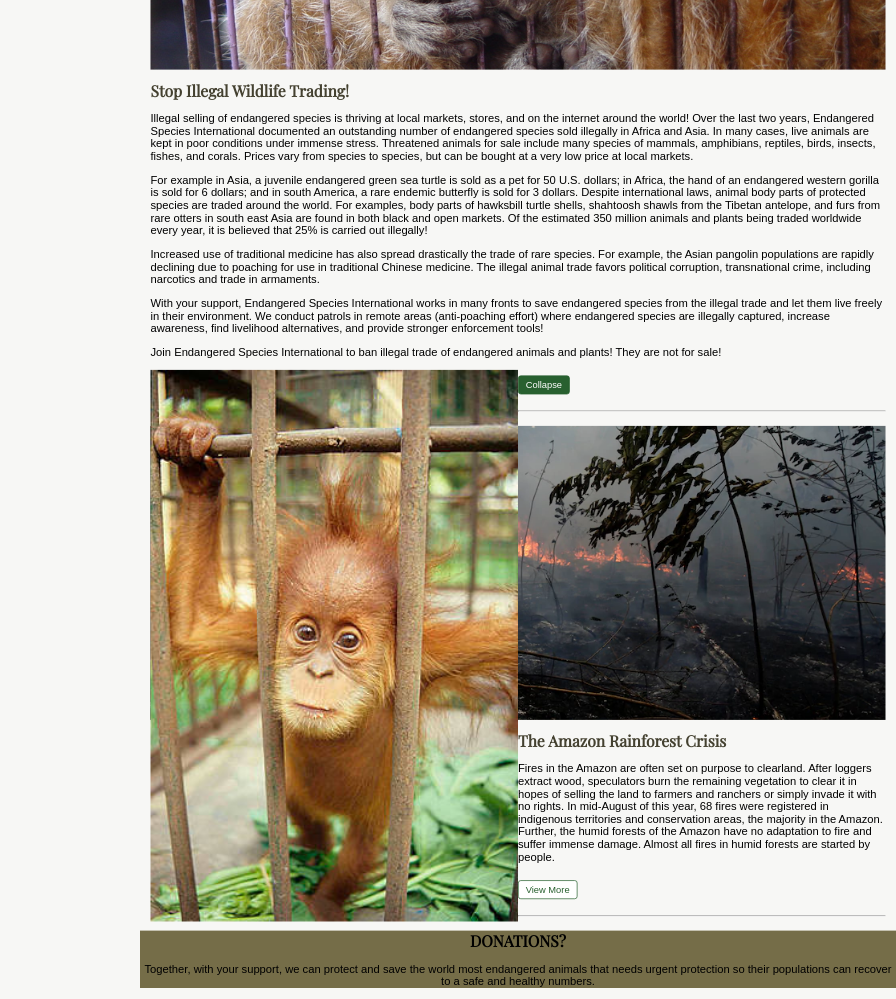
Repository: jlsorgel/smc_WD2_spring20
Page: final/blog.html
These files come from the project's save history. The page is drawn as it stood at one moment and after the next save; the edit follows.
The browser window is 1280 px wide. The pictures show the part of the page from y = 1009 to 2929 px (the page is 2436 px tall before and 3172 px after), at 70% of full size.
After loading, the first visible `#toggle2` was clicked once.
Some web fonts or font styles are not loaded; a fallback is used. Some web libraries are served in a nearby version.

Above is the page before, as saved 2020-06-15 01:03:36.

### final/blog.html
<!DOCTYPE html>
<html lang="en">

<head>
  <meta charset="UTF-8">
  <meta name="viewport" content="width=device-width, initial-scale=1.0">
  <title>Endangered Species International</title>

  <link href="https://fonts.googleapis.com/css2?family=Montserrat|Open+Sans|Playfair+Display|aleway display=swap"
    rel="stylesheet">



  <link rel="stylesheet" href="http://code.jquery.com/ui/1.12.1/themes/base/jquery-ui.css">


  </script>

  <link rel="stylesheet" href="main.css">


  <script src="https://ajax.googleapis.com/ajax/libs/jquery/3.5.1/jquery.min.js"></script>
  <script src="https://code.jquery.com/jquery-1.12.4.js"></script>
  <script src="https://code.jquery.com/ui/1.12.1/jquery-ui.js"></script>



</head>

<body>


  <header>
    <!-- NAV+ HEADER STARTS HERE!!!!! -->



    <div id="side_nav" class="side-nav">
      <a href="javascript:void(0)" class="closebtn" onclick="closeNav()">&times;</a>

      <img class="logo" src="images/logobrown.jpg" alt="ESI Logo">

      <a href="index.html">Home</a>
      <a href="blog.html">Blog</a>
      <a href="about.html">About Us</a>
      <a href="comingsoon.html">Get Involved</a>
      <a href="comingsoon.html">Our Projects</a>


      <a class="donate-link" href="donate.html">Donate</a>
    </div>


    <div class="nav-container">
      <img class="nav-logo" src="images/logobrowncrop.jpg" alt="Esi white logo">
      <span id="openNav"><img src="images/open-menuwhite.png" alt="menu"></span>



    </div>

  </header><!-- END NAV + HEADER END -->










  <!-- BODY CONTENT STARTS HEREE! -->


  <div id="main">

    <div class="blog-container">



      <!-- Blog Post 1 Platic in Ocean -->
      <div class="blogpost1">

        <div class="blog-heroimage1 blog-image"></div>

        <h1>An estimated 17.6 billion pounds of plastic leaks into the marine environment from land-based sources ever
          year. This is roughly equivalent to dumping a garbage truck full of plastic into the oceans every minute!
        </h1>


        <p class="">Our movement to combat plastic pollution is growing at an unprecedented rate, you can join
          us to make a
          difference and
          accelerate this vital momentum. If you would like to help make a change locally and globally to help remove
          our
          ocean of
          plastic pollution, now is the time.</p>




        <div class="toggle-content">
          <p class="">
            All plastic is having harmful impacts on marine and non-marine life. A recent report from the Convention on
            Biological Diversity found that between 2012 and 2016, the number of species documented to have been
            affected
            by marine debris, of which plastic is the predominant source, has risen to 817. The primary impacts are from
            ingestion,entanglement, and habitat damage or destruction. Seas hold as many as 51trn microplastic
            particles.
            Some are the product of larger pieces
            breaking apart; others, like microbeads added to toothpaste or face scrubs, were designed to be tiny. The
            cumulative amount of solid plastic waste produced since the 1950s that has not been burned or recycled is
            around 4.9bn tonnes. It could all have been dumped in a landfill 70 meters deep and 57 square kilometres in
            area—that is to say, the size of Manhattan.
          </p>

          <p>Endangered Species International (ESI) has been tackling plastic pollution head on for over a decade. For
            last three years alone, we have removed an average of 500 pounds of plastics per day from the ocean, raised
            awareness about the danger of plastic pollution to over 20,000 coastal communities, and supported aggressive
            ban of single-use plastics and
            implementation of recycling of plastics.</p>



          <div class="blog-toggleimage1 blog-image"></div>

        </div>
        <button id="toggle1" class="btn"> View More</button>
        <hr>
      </div>







      <!-- BLOG POST 2! Stop Illegal Wildlife Trading-->

      <!-- <img class="blog-heroimage2 blog-image" src="images/illegaltrade.jpg" alt="Illegal Anmial Trading"> -->
      <div class="blog-heroimage2 blog-image"></div>

      <h1>Stop Illegal Wildlife Trading! </h1>

      <p class="">Illegal selling of endangered species is thriving at local markets, stores, and on the internet around
        the
        world! Over
        the last two years, Endangered Species International documented an outstanding number of endangered species
        sold
        illegally in Africa and Asia. In many cases, live animals are kept in poor conditions under immense stress.
        Threatened
        animals for sale include many species of mammals, amphibians, reptiles, birds, insects, fishes, and corals.
        Prices vary
        from species to species, but can be bought at a very low price at local markets.
      </p>




      <div class="toggle-content2">

        <div class="toggletext">

          <p>For example in Asia, a juvenile endangered green sea turtle is sold as a pet for 50 U.S. dollars; in
            Africa,
            the hand of
            an endangered western gorilla is sold for 6 dollars; and in south America, a rare endemic butterfly is sold
            for 3
            dollars. Despite international laws, animal body parts of protected species are traded around the world. For
            examples,
            body parts of hawksbill turtle shells, shahtoosh shawls from the Tibetan antelope, and furs from rare otters
            in south
            east Asia are found in both black and open markets. Of the estimated 350 million animals and plants being
            traded
            worldwide every year, it is believed that 25% is carried out illegally!
          </p>

          <p>
            Increased use of traditional medicine has also spread drastically the trade of rare species. For example,
            the
            Asian
            pangolin populations are rapidly declining due to poaching for use in traditional Chinese medicine. The
            illegal animal
            trade favors political corruption, transnational crime, including narcotics and trade in armaments.</p>
          <p>
            With your support, Endangered Species International works in many fronts to save endangered species from the
            illegal
            trade and let them live freely in their environment. We conduct patrols in remote areas (anti-poaching
            effort)
            where
            endangered species are illegally captured, increase awareness, find livelihood alternatives, and provide
            stronger
            enforcement tools!</p>
          <p>
            Join Endangered Species International to ban illegal trade of endangered animals and plants! They are not
            for
            sale! </p>
        </div>
        <img class="tblog-image" src="images/babyorangutan.jpg" alt="Baby Orangutan">
      </div>
      <button id="toggle2" class="btn"> View More</button>
      <hr>




      <!-- BLOG POST 3! Rainforest-->

      <div class="blog-heroimage3 blog-image"></div>


      <h1>The Amazon Rainforest Crisis</h1>

      <p class="">Fires in the Amazon are often set on purpose to clearland. After loggers extract wood, speculators
        burn the remaining
        vegetation to clear it in hopes of selling the land to farmers and ranchers or simply invade it with no rights.
        In
        mid-August of this year, 68 fires were registered in indigenous territories and conservation areas, the majority
        in the
        Amazon. Further, the humid forests of the Amazon have no adaptation to fire and suffer immense damage. Almost
        all fires
        in humid forests are started by people.

      </p>




      <div class="toggle-content3">

        <p>Tropical rainforests comprise only 7% of the Earth's land surface, yet they support more than 60% of all
          known plant and
          animal species. Worldwide, tropical rainforests are facing many anthropogenic threats, such as pollution,
          climate
          change, and deforestation. The Amazon rainforest is the most extensive equatorial forest in the world and
          represents the
          largest reservoir of plant and animal species, hosting an estimated one-quarter of all terrestrial species. It
          is home
          of many tribal communities and incontestably, it is their lands. The Amazon rainforest is under rampant threat
          from
          widespread illegal and immoral deforestation, primarily for unsustainable agriculture.
        </p>

        <p>
          ESI has been involving local people and indigenous people as conservation stewards, conservationists, and
          informed
          forest users to protect and restore rainforest. Our rainforest projects are created and deeply rooted on the
          ground
          where ESI and local communities have already planted almost 1 million tropical tree seedlings and protected
          uncountable
          immense areas of native tropical forest.

        </p>

        <img class="blog-image" src="images/forestfires.jpg" alt="Rainforest Fires">
      </div>

      <button id="toggle3" class="btn"> View More</button>
      <hr>








    </div> <!-- end blog content!-->

    <footer>
      <!-- FOOTER STARTS HEREEE -->
      <h1> Donations?</h1>
      <p>Together, with your support, we can protect and save the world most endangered animals that needs urgent
        protection so their populations can recover to a safe and healthy numbers.</p>

    </footer>







  </div>




  <script src="script.js"></script>
</body>

</html>

### final/main.css

@import url(nav.css);

@import url(donate.css);

@import url(blog.css);




:root {
  --lightgreen: rgba(102, 119, 34, 0.39);
  --uglygreen:rgb(117, 109, 72);
  --headercolor:#444130;
  --darkgreen:#28602f;
}





body{
  margin:0;
  background-color: #f7f7f5 ;


}

img{
  width:100%;
}

#main{
  text-align: center;

}




.hero-image{
   width:100%;

}


.hero-desktop{
    display:none;
  }




p {

    font-family: 'Raleway', sans-serif;
    /* text-align: left; */
    font-size: 16px;



}

.home-p p{
    margin-left: 20px;
    margin-right: 20px;

}


p.p-headline{
  font-size: 1.2rem;
  line-height: 1.4;
   text-align: center;
   font-weight:500;
    font-family: 'Playfair Display', serif;
        color: #444130;
}

/* h1{
  font-family: 'Playfair Display', serif;
  text-transform: uppercase;
  font-size: 1.2rem;

} */

button{
  border:5px solid red;
}

#grid-container{
  display: grid;
   grid-gap: 5px;
}

.grid-item img{
  width:100%;
  height: 100%;
  object-fit: cover;

}

.hoverdiv{ /*
    position: absolute;
    z-index: 1;
    display:none;
    top: 5px;
    left: 0px;
    text-align: center;
    font-size: 28px;
    height: 335px;
    width:100%;*/
    background-color: lightgrey;}


    h2{padding-top: 78px;}

    .comingsoon-img{
      width:50%;
    }

    .comingsoon{
      margin:40px;
    }
























@media(min-width: 768px){

  /*home */

  .hero-image{
    display:none;}

  .hero-desktop {
    display: inline-block;

  }
  .hero-desktop img{
    width:100%;
  }



  #grid-container {
   display: grid;
    grid-gap: 10px;
  grid-template-columns: repeat(2, 1fr);
}

}

footer {
  /* position: fixed; */
  bottom: 0;
  width: 100%;
  background: #756d48;
  text-align: center;
}

footer h1{
  font-family: 'Playfair Display', serif;
  text-transform: uppercase;
  font-size: 1.4rem;

}




@media(min-width: 970px){
  #grid-container {
   display: grid;
  grid-template-columns: repeat(3, 1fr);
  padding-left:25px;
   padding-right:25px;
}

}

### final/nav.css


header{
  background-color: white;


}


.nav-container {
	display: flex;
	align-items: center;
	justify-content: space-between;
    flex-wrap: wrap;
    padding: 20px;
    background-color:  var(--uglygreen);

}


#openNav img{

  width:30px;

}

.nav-logo{
    width: 60px;

   }





.logo{
      width: 100%;
    width: 80%;
    text-align: center;

    margin-top: -30px;
    margin-left: 10%;





}

.side-nav {
  height: 100%;
  width: 0; /* 0 width - change this with JavaScript */
  position: fixed;
  z-index: 1;
  top: 0; /* Stay at the top */
  left: 0;
  background-color: #756d48;
  overflow-x: hidden;
  padding-top: 60px;
  transition: 0.5s;
}

/* The navigation menu links */
.side-nav a {
  padding: 8px 0px 8px 0px;
  text-decoration: none;
  font-size: 25px;
  display: block;
  transition: 0.3s;
  color: white;
  font-family: 'Raleway', serif;
  font-weight: 400;
  text-align: center;
  text-transform: uppercase;
  margin-top:20px;
  /* margin-bottom:10px; */
}





a.donate-link{
  border: 2px solid var(--darkgreen);
      margin-left: 25%;
    margin-right: 25%;
    /* margin-top:20px; */

     border-radius: 4px;

       color:var(--darkgreen);
  background-color: white;
}


.side-nav a:hover {
  color: white;
  background-color: var(--darkgreen);
     margin-left: 25%;
    margin-right: 25%;
}


.side-nav .closebtn {
  position: absolute;
  top: 0;
  right: 25px;
  font-size: 50px;
  margin-left: 50px;
      margin-top: -5px;
}










@media(min-width: 768px){

.logo{
    width: 70%;
    text-align: center;

    margin-top: -30px;
    margin-left: 15%;
  }

  .side-nav a{
       margin-left: 35%;
      margin-right: 35%;
      font-size:30px;
  }

  a.donate-link{
    margin-left: 35%;
      margin-right: 35%;
  }

  .side-nav a:hover {
    color: white;
    background-color: var(--darkgreen);
      margin-left: 35%;
      margin-right: 35%;

  }

  .side-nav .closebtn{
     /* position: absolute;
  top: 0;
  right: 25px;
  font-size: 60px;
  margin-left: 50px;
      margin-top: -5px; */
      right: -230px;

  }

}/* END IPAD! */




@media(min-width: 970px){


  /* The sidenav */
  .side-nav {
    height: 100%;
    width: 200px;
    position: fixed;
    z-index: 1;
    top: 0;
    left: 0;
    /* background-color: #111; */
    overflow-x: hidden;
    padding-top: 20px;
  }

  .side-nav a {
    margin-left: 0%;
    margin-right: 0%;
    font-size: 15px;
}

.side-nav a:hover {
  color: white;
  background-color: var(--darkgreen);
     margin-left: 0%;
    margin-right: 0%;
}


a.donate-link{
  margin-left: 15%;
margin-right: 15%;
}





  .side-nav .closebtn {
  display:none;
  }




.logo {

     width: 80%;
    /* text-align: center; */
    /* display: block; */
    /* margin-top: -30px; */
      /* margin-left: 10%;*/
  margin-top: -12px;
    margin-left: 10%;
    }


#openNav{
  display: none;
}

.nav-container {
    display: none;
}

 /* Page content */
  #main {
    margin-left: 200px; /* Same as the width of the sidenav */
  }

}

### final/donate.css
/* * {
  box-sizing: border-box;
} */

.header-section {

  height: 0;
  padding-bottom: 100%;
  margin: 0 0 2;
  background-image:url('../final/images/elephants2.jpg') ;
  background-position: center center;
  background-size: cover;}


p.headline-donate{
  font-size: 1.2rem;
  line-height: 1.4;
   text-align: center;
   font-weight:500;
  font-family: 'Playfair Display', serif;
  color: #444130;
  margin-left: 5px;
    margin-right: 5px;
}
.donate-hr{
  margin-top: 30px;
  padding-top: 0px;
  margin-bottom: 15px;
  width: 60%;
  border-top: 2px solid var(--lightgreen);
}

/* ----------------------------- */

.donate-container{
    background-color: var(--lightgreen);
    margin-top: 45px;
    margin-bottom: 50px;
    padding-top: 15px;
    padding-bottom: 15px;
}


.donate-container h3{
      font-size: 1.4em;
    font-family: "Raleway";
    color: var(--uglygreen);
    text-transform: uppercase;
}

.donations-p1{
  margin-left: 30px;
  margin-right: 30px;
}

.donations-p2{
  margin-left: 15px;
  margin-right: 15px;
}

/* ----------------------------- */



.donations-image img{


    width: 14rem;
    height: 14rem;
    object-fit:cover;
    padding: 0;
    background: rgba(102, 119, 34, 0.39);;
    border-radius: 50%;
    margin-top: 35px;
}


.donations-image-g img{
  object-position: 1%;
}

.donations-text p{
  margin-top:8px;
}
.donations-text-g p{
  padding-left: 60px;
  padding-right: 60px;
}

.donations-text-c p{
  padding-left: 50px;
  padding-right: 50px;
}
.donations-text-r p{
 padding-left: 0px;
 padding-right: 0px;

}

.donations-text h2{
  font-family: 'Playfair Display';
  color: var(--headercolor);
  padding-top: 0px;
  margin-bottom:0px;
}

.donations-box{
  display:flex;
  justify-content: center;
  align-items: center;
  align-content:center;
  flex-wrap:wrap;
}






/* ----------------------------- */
/* FORM!!!!!!!!!!!!! */


form{
  width:90%;
  margin:auto;
   text-align: left;


}


.donation-amounts{
 text-align: center;
}



 .donation-amounts input[type=radio]{
 	display: none;
}

.donation-amounts label{
	/* position: relative; */
  /* color: #fff; */

  border: 1px solid var(--uglygreen);
  border-radius: 4px;
  color:var(--uglygreen);

	font-size: 26px;
  font-weight:600;
  text-align: center;
	height: 70px;
	line-height: 70px;
	display: inline-block;
  box-sizing: border-box;
  /* margin-bottom:15px; */
  margin:0px 10px 15px 10px ;
  width:40%;


}


.donation-amounts input:checked + label {
	/* border: 3px solid #333; */
  background-color: var(--darkgreen);
  color:white;
  margin-bottom:20px;
}









fieldset{
  margin-bottom: 40px;
  border: 1px solid var(--uglygreen);
}

legend{
  /* text-align:center; */
  font-family: 'play-fair display';
   font-size: 20px;
   font-weight: 600;
  color:var(--headercolor);
  margin-bottom: 20px;
 }

label{
  /* margin-top:15px; */
 font-family: 'raleway';
 text-transform: uppercase;
  color:var(--headercolor);
 font-size: 12px;
     }


input, select {
  width: 100%;
  padding: 12px 20px;
  margin: 8px 0px 15px 0;
  display: block;
  border: 1px solid var(--uglygreen);
  border-radius: 4px;
  box-sizing: border-box;
  text-align: left;
   /* background-color: #f7f7f5 ; */

}

input[type=submit] {
  width: 100%;
  background-color: var(--darkgreen);
  color: white;
  padding: 14px 20px;
  margin: 8px 0;
  border: none;
  border-radius: 4px;
  cursor: pointer;
  text-align: center;
}


input[type=submit] {

   font-family: 'play-fair display';
   font-size: 20px;
   font-weight: 600;
}


input[type=submit]:hover {
  background-color: var(--lightgreen);

}




/* START TABLET HERE! START TABLET HERE! */
@media(min-width: 768px){

p.headline-donate{

  margin-left: 20px;
  margin-right: 20px;
}
.donate-container{

   padding-left: 100px;
    padding-right: 100px;
}

.donate-container h3{
     margin-left: 70px;
    margin-right: 70px;
}

.donations-p1{
   /* margin-left:0;
  margin-right:0;
  text-align: left; */

}

.donations-p2{
  margin-left: 60px;
  margin-right: 60px;

  /* margin-left:0;
  margin-right:0;
  text-align: left; */
}
/* ------- */


  .donations-box{
    justify-content: space-between;
    flex-direction: column;
  }


fieldset{
  margin-bottom: 60px;

}







} /* End Tablet */


/* START Desktop HERE!  START Desktop HERE! */
@media(min-width: 970px){


  .header-section {
  padding-bottom: 50%;
  }


  p.headline-donate{
    font-size: 1.1rem;
    text-align: left;
  }

  p.headline-donate{
  max-width: 965px;
  margin: auto;
  padding-top: 10px;
  font-size: 1.1rem;}




/* 2 floated columns*/

#row{
  max-width:1250px;
  margin:auto;
  padding-left: 100px;
  padding-right:150px;
}
.column {
  float: left;
  padding: 70px;

}

.section-one {
  width: 45%;
}

.section-two{
  width: 40%;
  padding-left: 0px;
    padding-right: 0px;
    /* margin-left:40px; */
}


/* Clear floats  */
#row:after {
  content: "";
  display: table;
  clear: both;
}




  /* ---------- */

 .donate-container{
    padding-left: 0px;
    padding-right: 0px;
    text-align: left;
    margin-top: 80px;
}



  .donations-container{

    width: 100%;
    margin: auto;
    margin-top:-30px;
  }

  .donations-box{
  display:flex;
  flex-direction: row;
  margin-bottom:40px;



  }
  .donations-text{
  flex-basis: 70%;
  flex: 50%;
      padding-left: 40px;


  }

  .donations-image {

    /* flex:30%; */


  }

  .donations-image img{
     width: 10rem;
    height: 10rem;
  }

  .donate-container h3{
    margin-left: 30px;
    margin-right: 70px;
  }


  .donations-text-g p{
     padding-left: 0px;
    padding-right: 80px;
    text-align: left;
    margin-left: 0px;
    margin-right:0px;

}

  .donations-text-c p{
      padding-left: 0px;

      text-align: left;
      margin-left: 0px;
      margin-right:0px;
  }
  .donations-text-r p{
  padding-left: 0px;
  padding-right: 0px;
  text-align: left;
  margin-left: 0px;
  margin-right:0px;
  }

 .donations-text h2{
    text-align: left;
  }
  .donations-p1 {
    margin-left: 30px;
  }

  .donations-p2 {
    margin-left: 30px;
    margin-right: 30px
    ;}



fieldset{
  margin-bottom: 20px;

}

}/* End Desktop */

### final/blog.css
.blog-container{
  margin-left:15px;
  margin-right:15px;
  margin-top:15px;
  text-align: left;
}

.blog-heroimage1 {

    background-image:url('../final/images/turtle.jpg') ;

}

.blog-heroimage2{
   background-image:url('../final/images/illegaltrade.jpg') ;
}

.blog-heroimage3{
   background-image:url('../final/images/amazonrainfores.jpg') ;
}

.blog-toggleimage1{
   background-image:url('../final/images/recycle.jpg') ;
}






.blog-image{
 height: 0;
  padding-bottom: 90%;
  background-position: center center;
  background-size: cover;
}




.blog-container h1{
  font-family: 'Playfair Display', serif;
  font-size: 1.4rem;
  color:var(--headercolor);
  text-align: left;
  /* padding-right: 40px; */
  padding-right: 17px;
}

/* .blog-container.p{
  text-align:left;
} */

.blog-container hr {
  margin-top: 15px;
    margin-bottom: 20px;
}

.btn{

  /* background-color: var(--darkgreen);
  color: white;
 */
  background-color: white;
    color: var(--darkgreen);
    padding: 5px 10px;
    margin: 8px 0;
    border: 1px solid var(--darkgreen);
    border-radius: 4px;
    cursor: pointer;
    text-align: center;
}




@media(min-width: 768px){

.blog-image {

  padding-bottom: 70%;

}

.blog-heroimage1{
    background-position: center bottom;

}


}


/* START DESKTOP!!START DESKTOP!!START DESKTOP!! */
@media(min-width: 970px){
  .blog-image {

  padding-bottom: 40%;

}

.toogletext p{
  float: left;
}
.tblog-image{
  width:50%;
  float:left;

}






}/* ENd Desktop! */

Loaded but not shown: final/script.js (124 lines, source omitted)

After the next save:
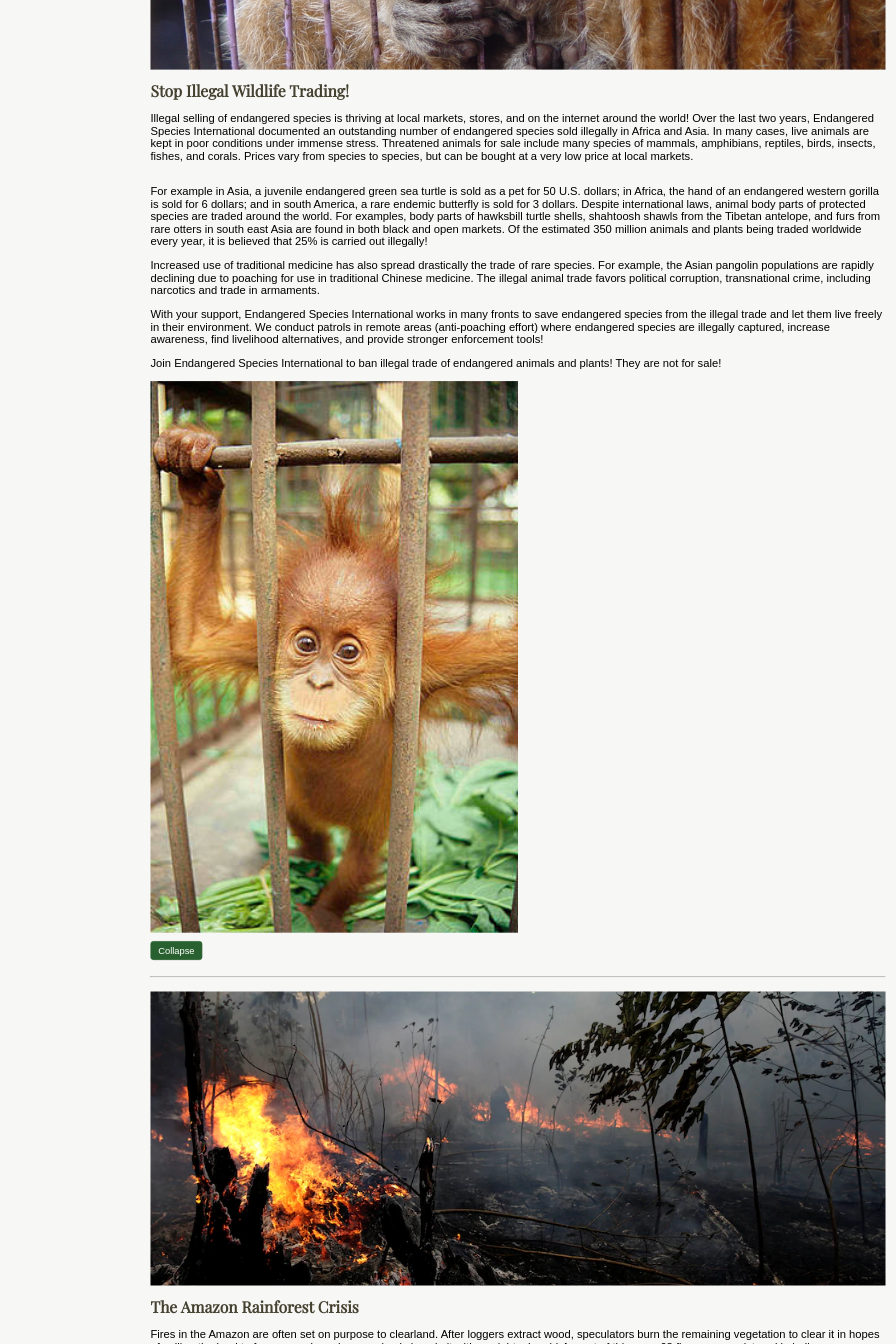
Saved 2 min 48 s later.
--- a/final/blog.css
+++ b/final/blog.css
@@ -98,13 +98,15 @@
   padding-bottom: 40%;
 
 }
-
+.toggle-content2{
+  float:left;
+}
 .toogletext p{
-  float: left;
+  width:50%;
 }
 .tblog-image{
   width:50%;
-  float:left;
+
 
 }
 
